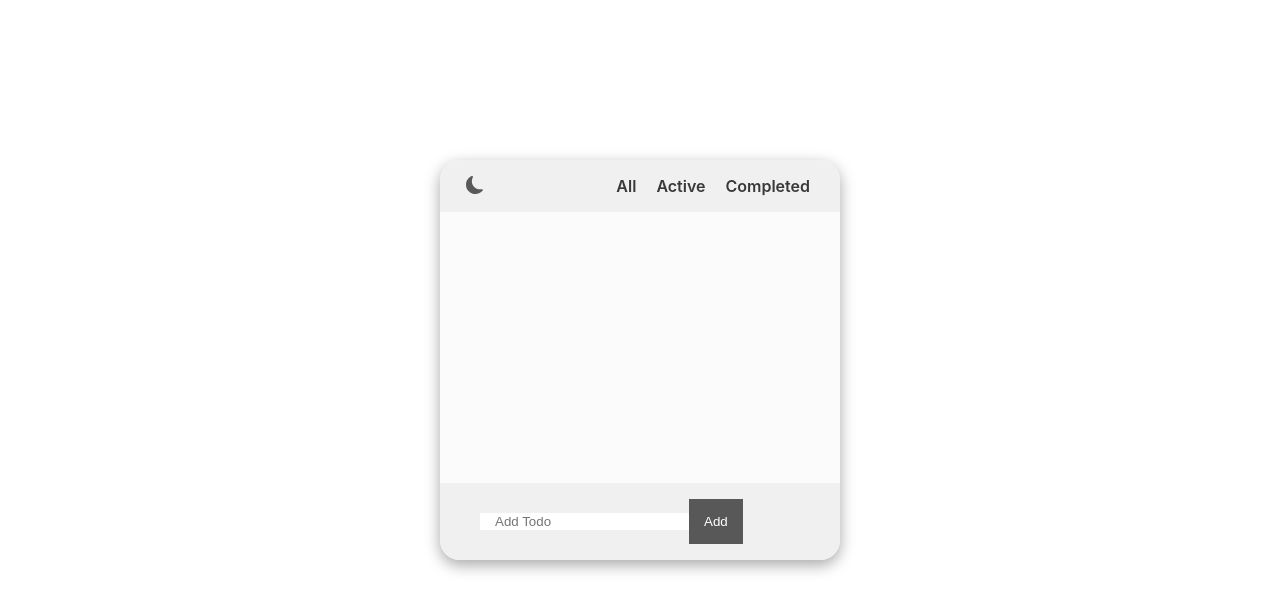
Repository: momo0170/react_todolist
Page: /
The author's editor kept a copy of each file at every save. The page is drawn from the files as they stood at one save, then again after a run of saves.
The browser window is 1280 px wide. The pictures show the whole page.
The project was rebuilt for these pictures with package versions that can differ from the ones it lists, and the page was loaded fresh each time. Also part of the build but not shown: src/css/Todo.module.css, src/components/Todo.jsx.

Above is the page before, as saved 2022-11-02 13:06:36.

### src/index.css
body {
  margin: 0;
  font-family: -apple-system, BlinkMacSystemFont, 'Segoe UI', 'Roboto', 'Oxygen',
    'Ubuntu', 'Cantarell', 'Fira Sans', 'Droid Sans', 'Helvetica Neue',
    sans-serif;
  -webkit-font-smoothing: antialiased;
  -moz-osx-font-smoothing: grayscale;
  height: 100vh;
  display: flex;
  justify-content: center;
  align-items: center;
}

code {
  font-family: source-code-pro, Menlo, Monaco, Consolas, 'Courier New',
    monospace;
}

### src/App.jsx
import styles from './App.module.css';
import { BsMoonFill, BsSun } from 'react-icons/bs';
import { useEffect, useRef, useState } from 'react';
import Todo from './components/Todo';

function App() {
  const [todos, setTodos] = useState([]);
  const onSubmit = (e) => {
    console.log(e);
    e.preventDefault();
    if (e.target[0].value !== '') {
      setTodos([...todos, { id: todos.length + 1, name: e.target[0].value }]);
      e.target[0].value = '';
    }
  };

  const onChange = (e) => {
    console.log(e.target.value);
  };
  const onDelete = (targetId) => {
    setTodos((prev) => prev.filter((todo) => todo.id !== targetId));
  };

  console.log(todos);

  return (
    <div className={styles.container}>
      <header className={styles.header}>
        <button className={styles.modeBtn}>
          <BsMoonFill size="18" color="#595959" />
        </button>
        <ul className={styles.filter}>
          <li>All</li>
          <li>Active</li>
          <li>Completed</li>
        </ul>
      </header>
      <main className={styles.main}>
        {todos.map((todo) => (
          <li className={styles.list} key={todo.id}>
            <Todo todo={todo} onDelete={onDelete} />
          </li>
        ))}
      </main>
      <footer className={styles.footer}>
        <form className={styles.form} onSubmit={onSubmit}>
          <input
            type="text"
            placeholder="Add Todo"
            className={styles.input}
            onChange={onChange}
          />
          <button className={styles.addBtn}>Add</button>
        </form>
      </footer>
    </div>
  );
}

export default App;

### src/App.module.css
.container {
  display: flex;
  flex-direction: column;
  border-radius: 20px;
  width: 400px;
  height: 400px;
  box-shadow: rgba(0, 0, 0, 0.35) 0px 5px 15px;
}

.header {
  display: flex;
  background-color: #f0f0f0;
  border-radius: 20px 20px 0 0;
  justify-content: space-between;
  padding: 0 20px;
}
.modeBtn {
  border: 0;
  background-color: transparent;
}
.filter {
  list-style: none;
  display: flex;
  padding: 0;
}
.filter li {
  margin: 0 10px;
  cursor: pointer;
  font-weight: 600;
  color: #393939;
}

.main {
  flex: 1 1 70%;
  background-color: #fbfbfb;
}

.footer {
  flex: 1 1 20%;
  background-color: #f0f0f0;
  border-radius: 0 0 20px 20px;
  display: flex;
  justify-content: center;
  align-items: center;
}
.form {
  width: 80%;
}
.input {
  width: 60%;
  border: 0;
  padding-left: 15px;
}
input:focus::placeholder {
  color: transparent;
}
input:focus {
  outline: 0;
}
.addBtn {
  border: 0;
  padding: 15px;
  background-color: #585858;
  color: white;
}

Loaded but not shown: public/index.html (common file); src/index.js (common file); src/reportWebVitals.js (common file)

After the next 2 saves:
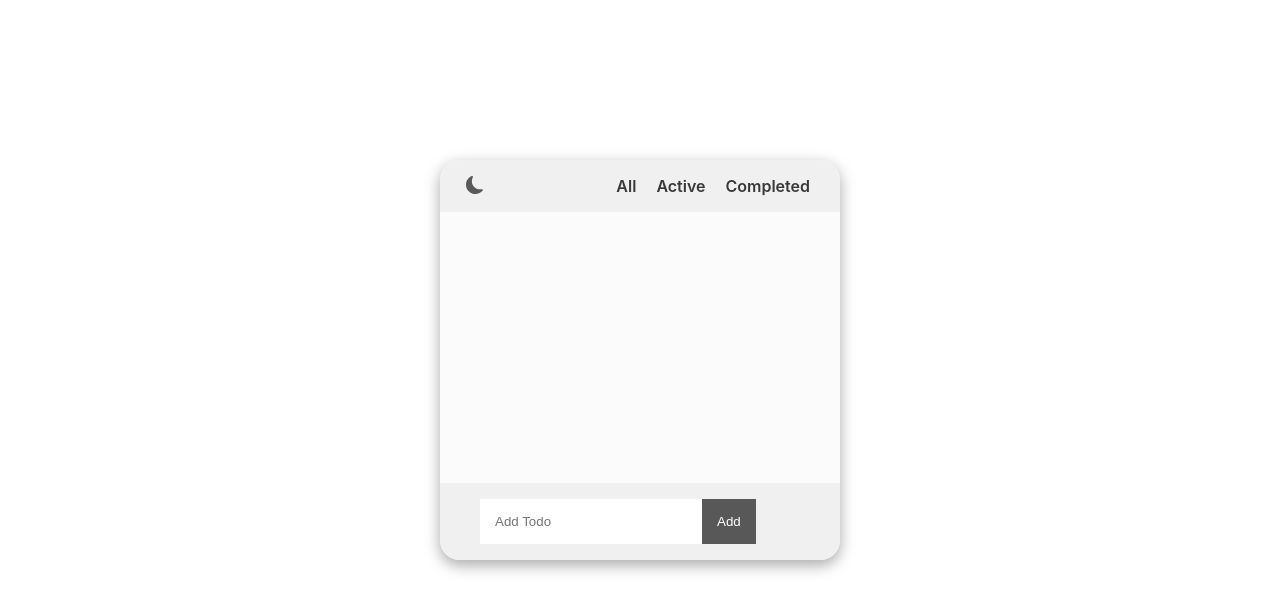
The 2 saves are shown as one change because they came seconds apart.
The last was saved 6 s later.
--- a/src/App.module.css
+++ b/src/App.module.css
@@ -49,7 +49,7 @@
 .input {
   width: 60%;
   border: 0;
-  padding-left: 15px;
+  padding: 15px;
 }
 input:focus::placeholder {
   color: transparent;
